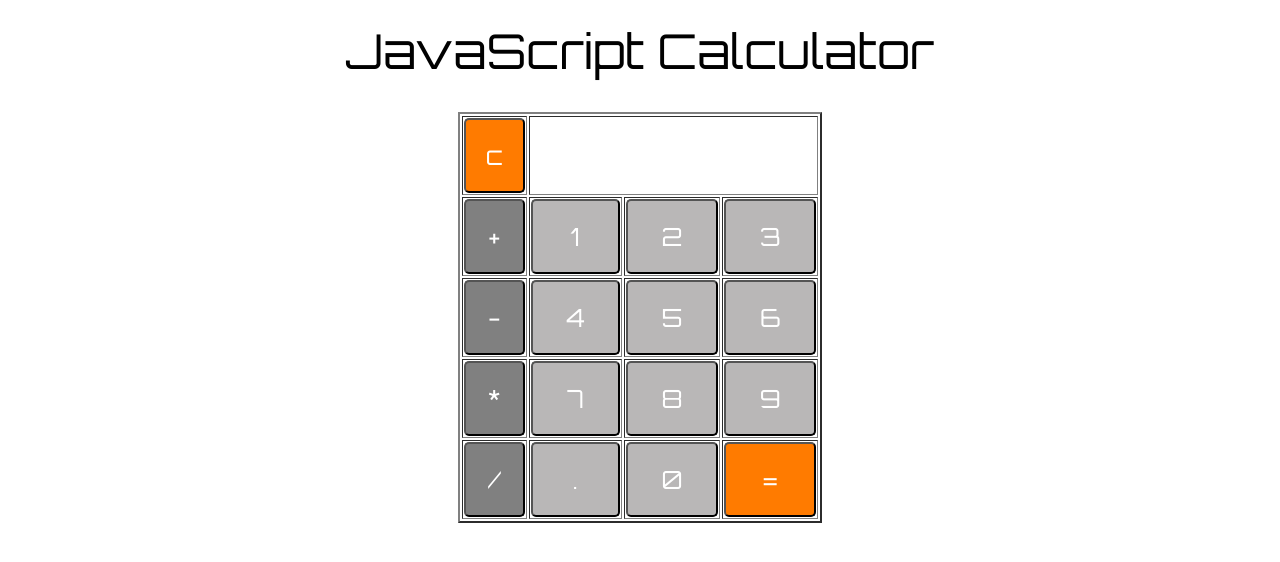
Repository: spidero7/Simple-Calculator
Page: index.html
The author's editor kept a copy of each file at every save. The page is drawn from the files as they stood at one save, then again after the next save.
The browser window is 1280 px wide. The pictures show the whole page.

Above is the page before, as saved 2021-09-16 08:03:02.

### index.html
<!DOCTYPE html>
<html lang="en">
<head>
    <meta charset="UTF-8">
    <meta http-equiv="X-UA-Compatible" content="IE=edge">
    <meta name="viewport" content="width=device-width, initial-scale=1.0">
    <title>Calculator</title>
    <link rel="stylesheet" href="style.css">
    <link rel="preconnect" href="https://fonts.googleapis.com">
    <link rel="preconnect" href="https://fonts.gstatic.com" crossorigin>
    <link href="https://fonts.googleapis.com/css2?family=Orbitron&display=swap" rel="stylesheet">
</head>
<body>
        <div class="title">JavaScript Calculator</div>
        <div class="calculator-container">
            <table border="2">
                <tr>
                    <td><input type="button" value="c" onclick="clr()"/></td>
                    <td colspan="3"><input type="text" id="textval"/></td>
                </tr>
                <tr>
                    <td><input type="button" value="+" class="action" onclick="display('+')"/></td>
                    <td><input type="button" value="1" class="numbers" onclick="display('1')"/></td>
                    <td><input type="button" value="2" class="numbers" onclick="display('2')"/></td>
                    <td><input type="button" value="3" class="numbers" onclick="display('3')"/></td>
                </tr>
                <tr>
                    <td><input type="button" value="-" class="action" onclick="display('-')"/></td>
                    <td><input type="button" value="4" class="numbers" onclick="display('4')"/></td>
                    <td><input type="button" value="5" class="numbers" onclick="display('5')"/></td>
                    <td><input type="button" value="6" class="numbers" onclick="display('6')"/></td>
                </tr>
                <tr>
                    <td><input type="button" value="*" class="action" onclick="display('*')"/></td>
                    <td><input type="button" value="7" class="numbers" onclick="display('7')"/></td>
                    <td><input type="button" value="8" class="numbers" onclick="display('8')"/></td>
                    <td><input type="button" value="9" class="numbers" onclick="display('9')"/></td>
                </tr>
                <tr>
                    <td><input type="button" value="/" class="action" onclick="display('/')"/></td>
                    <td><input type="button" value="." class="numbers" onclick="display('.')"/></td>
                    <td><input type="button" value="0" class="numbers" onclick="display('0')"/></td>
                    <td><input type="button" value="=" class="equals" onclick="equals()"/></td>
                </tr>
            </table>
        </div>
    <script src="app.js"></script>
</body>
</html>

### style.css
* {
    box-sizing: border-box;
    font-family: 'Orbitron', sans-serif;
}

body {
    margin: 0;
    padding: 0;
    background-color: ;
}

.calculator-container {
    display: flex;
    justify-content: center;
    align-items: center;
    width: 100vw;
    height: 60vh;
}

.title {
    display: flex;
    text-align: center;
    margin: 20px;
    font-size: 3rem;
    justify-content: center;
}


input[type="button"] {
    color: white;
    border-radius: 5px;
    border-color: black;
    width: 100%;
    padding: 20px;
    font-size: 25px;
    cursor: pointer;
}

input[type="text"] {
    text-align: right;
    background-color: none;
    color: black;
    border: none;
    width: 100%;
    padding: 20px;
    font-size: 18px;
}

input[value="c"], .equals {
    background-color: rgb(255, 123, 0);
}

.action {
    background-color: grey;
}

.numbers {
    background-color: rgb(185, 183, 183);
}

.spacing {
    letter-spacing: 10px;
}

### app.js
function display(val) {
    document.getElementById("textval").value+=val
}

function equals() {
    let x = document.getElementById("textval").value
    let y = eval(x)
    document.getElementById('textval').value = y
}

function clr() {
    document.getElementById('textval').value = ""
}

After the next save:
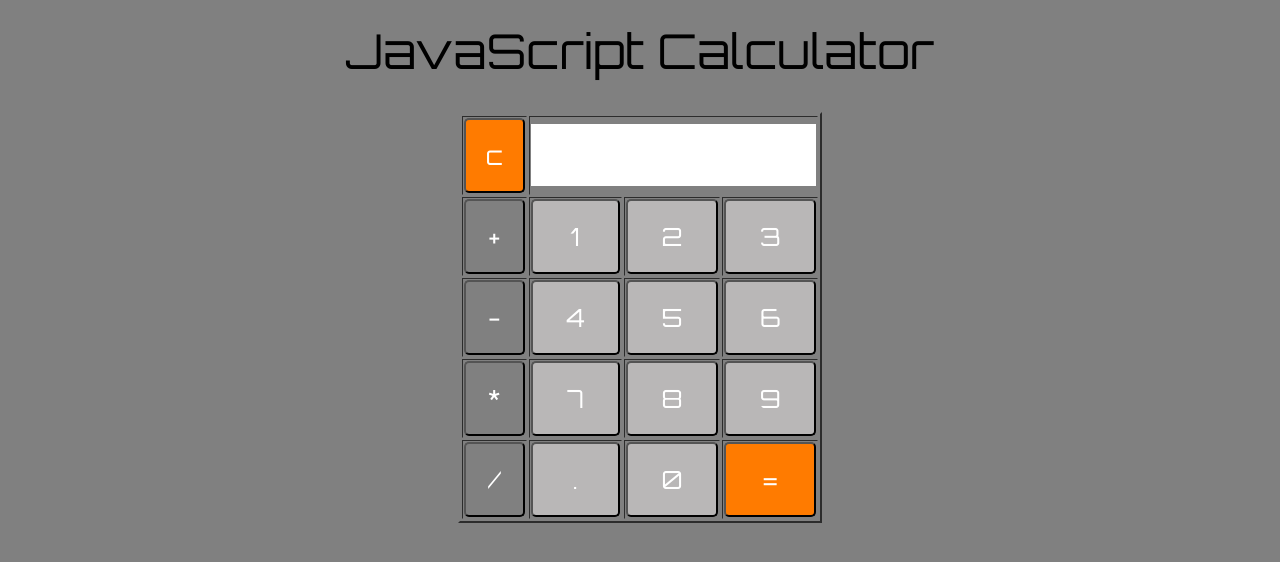
Saved 6 s later.
--- a/style.css
+++ b/style.css
@@ -6,7 +6,7 @@
 body {
     margin: 0;
     padding: 0;
-    background-color: ;
+    background-color: gray;
 }
 
 .calculator-container {
